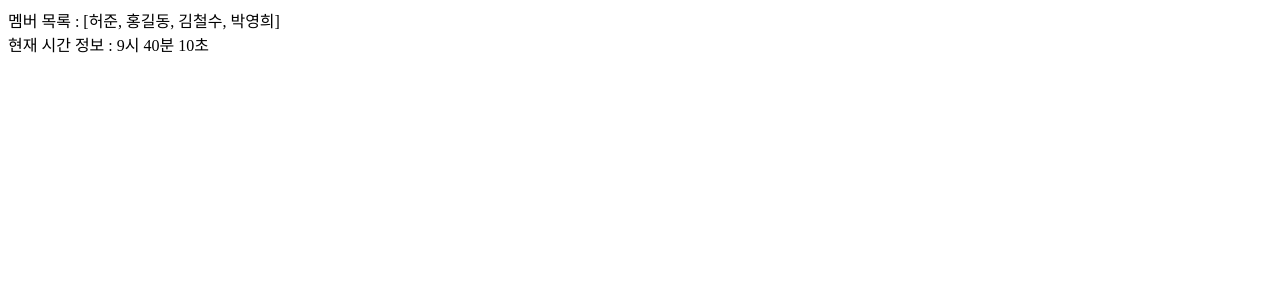
Repository: SimpleRan/jsp_paractice2
Page: http://localhost/JSPBasic/jsptag/directive.jsp
An editor plug-in stored every save of this project. The page is shown before and after the next save, followed by the edit.
The browser window is 1280 px wide. The pictures show the whole page.
The page is served by Tomcat 9.

Above is the page before, as saved 2022-03-24 14:03:35.

After the next save:
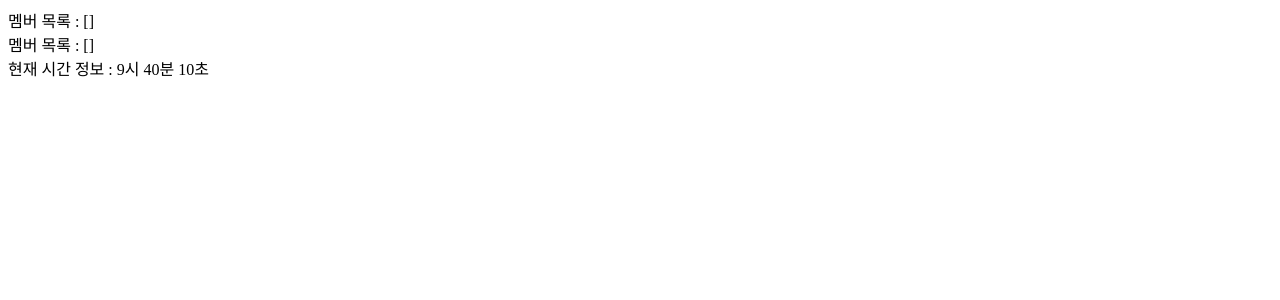
Saved 33 s later.
--- a/JSPBasic/src/main/webapp/jsptag/directive.jsp
+++ b/JSPBasic/src/main/webapp/jsptag/directive.jsp
@@ -21,10 +21,10 @@
 	names.add("김철수");
 	names.add("박영희");
 	// 멤버를 인덱스 삭제 방식으로 임의로 1명, 내부요소명을 직접 적어 삭제하는 방식으로 임의로 한명 없애주세요.
-	//names.remove(2);
-	//names.remove("홍길동");
-	//names.clear();
-	//out.println("멤버 목록 : " + names +"<br/>");
+	names.remove(2);
+	names.remove("홍길동");
+	names.clear();
+	out.println("멤버 목록 : " + names +"<br/>");
 %>
 	멤버 목록 : <%= names %><br/>
 	현재 시간 정보 : <%= date.getHours() %>시 <%= date.getMinutes() %>분 <%= date.getSeconds() %>초

After the save that followed:
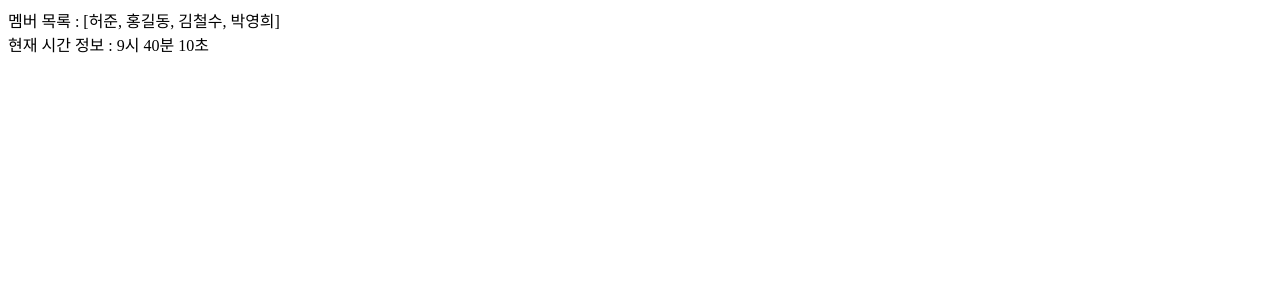
Saved 14 s later.
--- a/JSPBasic/src/main/webapp/jsptag/directive.jsp
+++ b/JSPBasic/src/main/webapp/jsptag/directive.jsp
@@ -21,10 +21,8 @@
 	names.add("김철수");
 	names.add("박영희");
 	// 멤버를 인덱스 삭제 방식으로 임의로 1명, 내부요소명을 직접 적어 삭제하는 방식으로 임의로 한명 없애주세요.
-	names.remove(2);
-	names.remove("홍길동");
-	names.clear();
-	out.println("멤버 목록 : " + names +"<br/>");
+
+	//out.println("멤버 목록 : " + names +"<br/>");
 %>
 	멤버 목록 : <%= names %><br/>
 	현재 시간 정보 : <%= date.getHours() %>시 <%= date.getMinutes() %>분 <%= date.getSeconds() %>초
